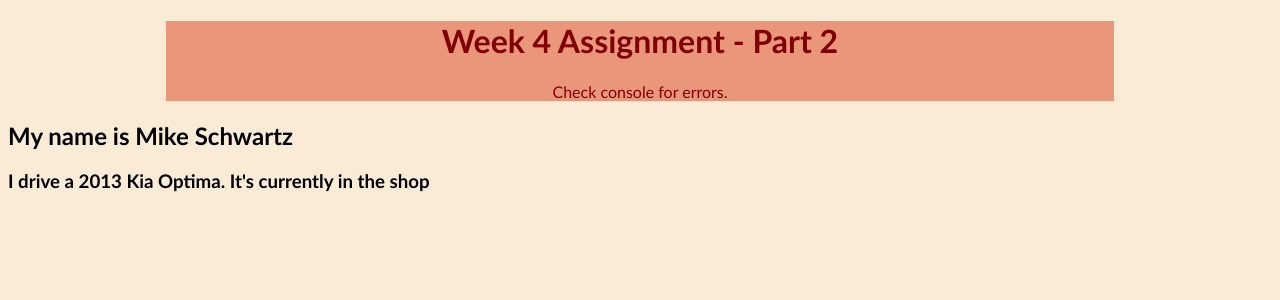
Repository: Ellusionism/prime-pw-week-4-assignment-part-2
Page: assignment/index.html
The author's editor kept a copy of each file at every save. The page is drawn from the files as they stood at one save, then again after a run of saves.
The browser window is 1280 px wide. The pictures show the whole page.

Above is the page before, as saved 2022-11-16 18:05:26.

### assignment/index.html
<!DOCTYPE html>
<meta name="viewport" content="width=device-width">
<html lang="en-US">
  <head>
    <meta charset="utf-8">
    <title>Week 4 Assignment</title>
    <link rel="stylesheet" href="stylesheet.css">
    <!-- Create and CSS file -->
  </head>
  <body>
    <header class="homepageHeader">
      <h1>Week 4 Assignment - Part 2</h1>
      <p>Check console for errors.</p>
  </header>
  <div>
    <h2 class="nameInfo"> My name is Mike Schwartz </h2>
  </div>
  <h3 class="carInfo">I drive a 2013 Kia Optima. It's currently in the shop</h3>
  </body>
</html>

### assignment/stylesheet.css
body {
 font-family:'Trebuchet MS', 'Lucida Sans Unicode', 'Lucida Grande', 'Lucida Sans', Arial, sans-serif;
 background-color:antiquewhite;
}

.homepageHeader {
 background-color:darksalmon;
 text-align: center;
 width: 75%;
 display: block;
 margin: auto;
 color: maroon;
}

.info {
 background-color:darksalmon;
 text-align: center;
 padding: 1%;
 display: block;
 margin: 1em auto;
 color: maroon;
}

.nameInfo {
 width: 25%;
}

.carInfo {
 width: 50%;
}

After the next 4 saves:
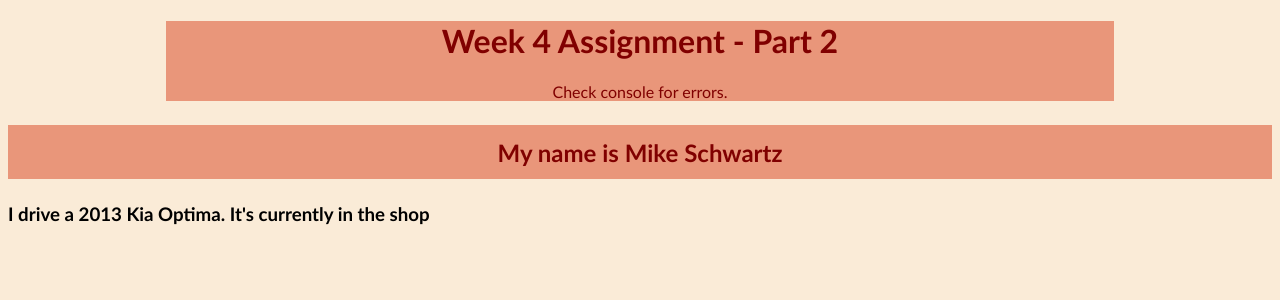
The 4 saves are shown as one change because they came seconds apart.
The last was saved 19 s later.
--- a/assignment/index.html
+++ b/assignment/index.html
@@ -13,7 +13,7 @@
       <p>Check console for errors.</p>
   </header>
   <div>
-    <h2 class="nameInfo"> My name is Mike Schwartz </h2>
+    <h2 class="nameInfo, info"> My name is Mike Schwartz </h2>
   </div>
   <h3 class="carInfo">I drive a 2013 Kia Optima. It's currently in the shop</h3>
   </body>
